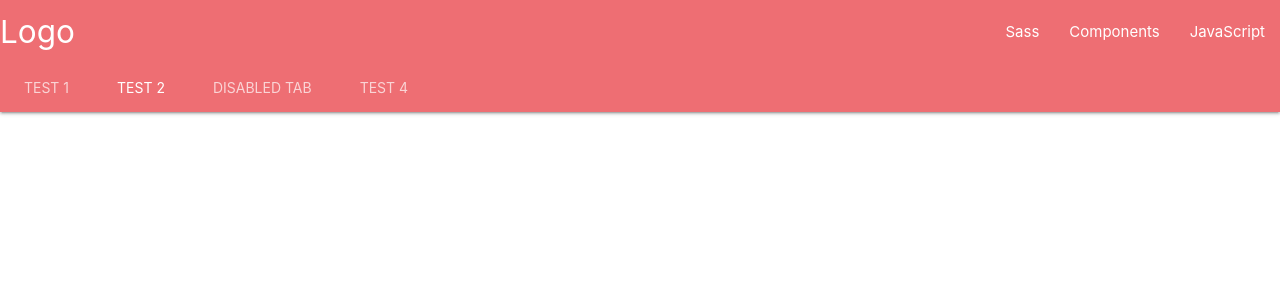
Repository: hebs87/cookbook-milestone-project-three
Page: http://localhost/
The author's editor kept a record of every edit. The page is drawn from the files as they stood at one moment, then again after the next edit.
The browser window is 1280 px wide. The pictures show the whole page.
Some web libraries are served in a nearby version. The page is served by the project's application, run on Flask 3 (app.py). Other server files are loaded and not shown.

Above is the page before.

### templates/base.html
<!DOCTYPE html>
<html lang="en">

<head>

    <meta charset="UTF-8">
    <meta name="viewport" content="width=device-width, initial-scale=1.0">
    <meta http-equiv="X-UA-Compatible" content="ie=edge">
    <title>Delicious Dishes!</title>

    <!--Link for Materialize-->
    <link rel="stylesheet" href="https://cdnjs.cloudflare.com/ajax/libs/materialize/1.0.0/css/materialize.min.css">
    <!--Link for FontAwesome-->
    <link rel="stylesheet" href="https://use.fontawesome.com/releases/v5.8.2/css/all.css"
        integrity="sha384-oS3vJWv+0UjzBfQzYUhtDYW+Pj2yciDJxpsK1OYPAYjqT085Qq/1cq5FLXAZQ7Ay" crossorigin="anonymous">
    <!--Link for custom CSS sheet-->


</head>

<body>

    <nav class="nav-extended">
        <div class="nav-wrapper">
            <a href="#" class="brand-logo">Logo</a>
            <a href="#" data-target="mobile-demo" class="sidenav-trigger"><i class="material-icons">menu</i></a>
            <ul id="nav-mobile" class="right hide-on-med-and-down">
                <li><a href="sass.html">Sass</a></li>
                <li><a href="badges.html">Components</a></li>
                <li><a href="collapsible.html">JavaScript</a></li>
            </ul>
        </div>
        <div class="nav-content">
            <ul class="tabs tabs-transparent">
                <li class="tab"><a href="#test1">Test 1</a></li>
                <li class="tab"><a class="active" href="#test2">Test 2</a></li>
                <li class="tab disabled"><a href="#test3">Disabled Tab</a></li>
                <li class="tab"><a href="#test4">Test 4</a></li>
            </ul>
        </div>
    </nav>

    <ul class="sidenav" id="mobile-demo">
        <li><a href="sass.html">Sass</a></li>
        <li><a href="badges.html">Components</a></li>
        <li><a href="collapsible.html">JavaScript</a></li>
    </ul>

    <!--Script tag for jQuery-->
    <script src="https://code.jquery.com/jquery-3.4.1.min.js"
        integrity="sha256-CSXorXvZcTkaix6Yvo6HppcZGetbYMGWSFlBw8HfCJo=" crossorigin="anonymous"></script>
    <!--Script tag for Materialize-->
    <script src="https://cdnjs.cloudflare.com/ajax/libs/materialize/1.0.0/js/materialize.min.js"></script>
    <!--Script tag for custom JS file-->


</body>

</html>

### app.py
import os
from flask import Flask, render_template, redirect, request, url_for
from flask_pymongo import PyMongo
from bson.objectid import ObjectId

# Instance of Flask
app = Flask(__name__)

# Config Flask app and connect to database
app.config["MONGO_DBNAME"] = 'onlineCookbook'
app.config["MONGO_URI"] = os.getenv('MONGO_URI')

# Instance of PyMongo
mongo = PyMongo(app)

# DB collection variables
recipes_coll = mongo.db.recipes
rating_coll = mongo.db.ratings
categories_coll = mongo.db.categories
serves_coll = mongo.db.serves
time_coll = mongo.db.time
users_coll = mongo.db.userLogin

@app.route('/')
def base():
    return render_template("base.html")

@app.route('/get_recipes')
def get_recipes():
    return render_template("recipes.html", recipes=recipes_coll.find())

if __name__ == '__main__':
    app.run(host=os.getenv("IP", "0.0.0.0"),
            port=int(os.getenv("PORT", "5000")),
            debug=False)

After the next edit:
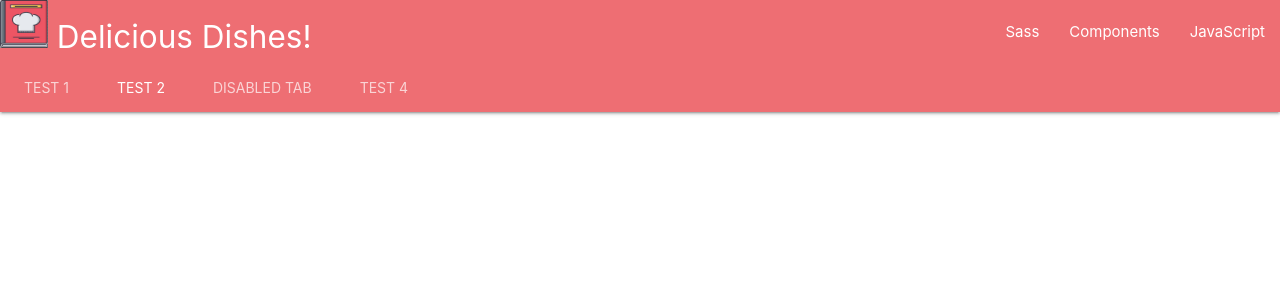
The edit:
--- a/templates/base.html
+++ b/templates/base.html
@@ -22,7 +22,8 @@
 
     <nav class="nav-extended">
         <div class="nav-wrapper">
-            <a href="#" class="brand-logo">Logo</a>
+            <a href="base.html" class="brand-logo"><img src="{{ url_for('static', filename='img/favicon.png') }}" alt="Delicious Desserts Chef Logo" lazyload="on">
+            Delicious Dishes!</a>
             <a href="#" data-target="mobile-demo" class="sidenav-trigger"><i class="material-icons">menu</i></a>
             <ul id="nav-mobile" class="right hide-on-med-and-down">
                 <li><a href="sass.html">Sass</a></li>
